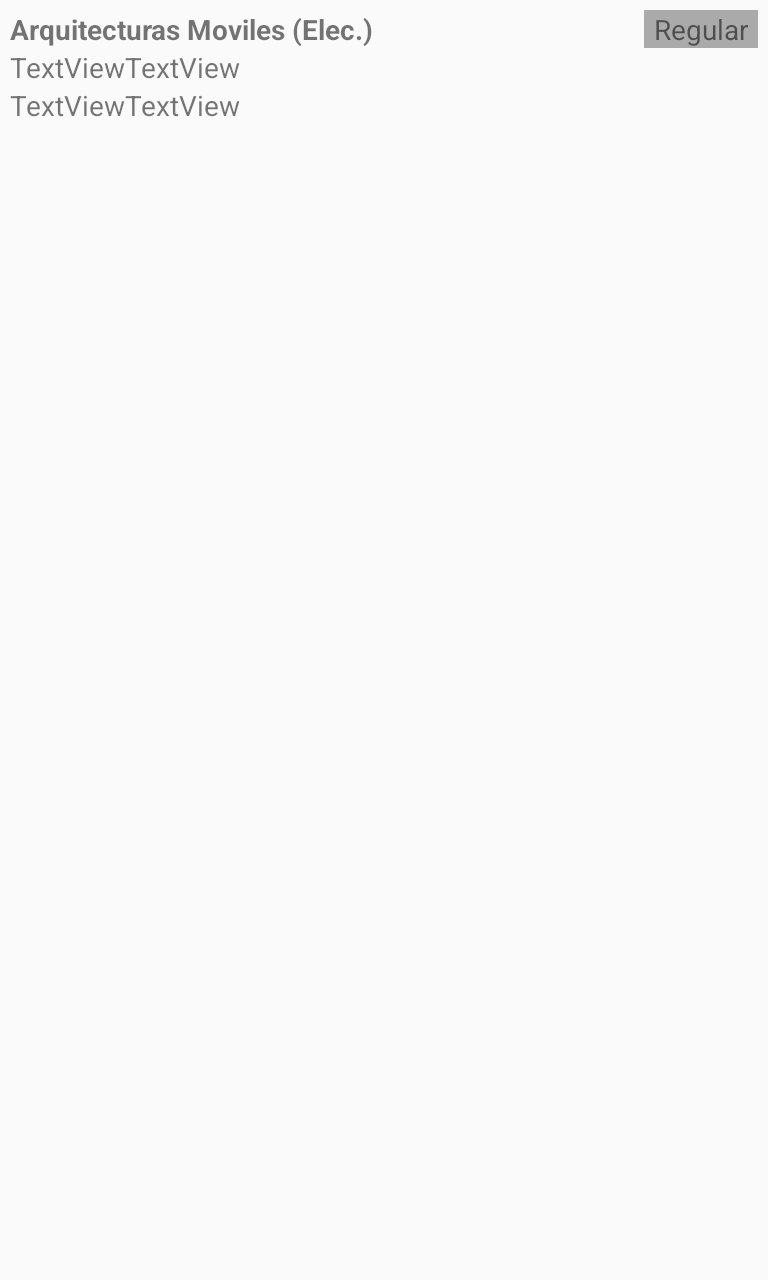
Repository: juanpablobono/Sysacadalumnos
Layout: Sysacad/res/layout/lst_cursado_item.xml
The author's editor kept a copy of each file at every save. The layout is drawn from the files as they stood at one save, then again after the next save.
It is drawn on a 768 x 1280 px phone screen (xhdpi) without system bars, with theme temaSysacad; the app's code is not run.

Above is the layout before, as saved 2014-07-07 12:42:26.

After the next save:
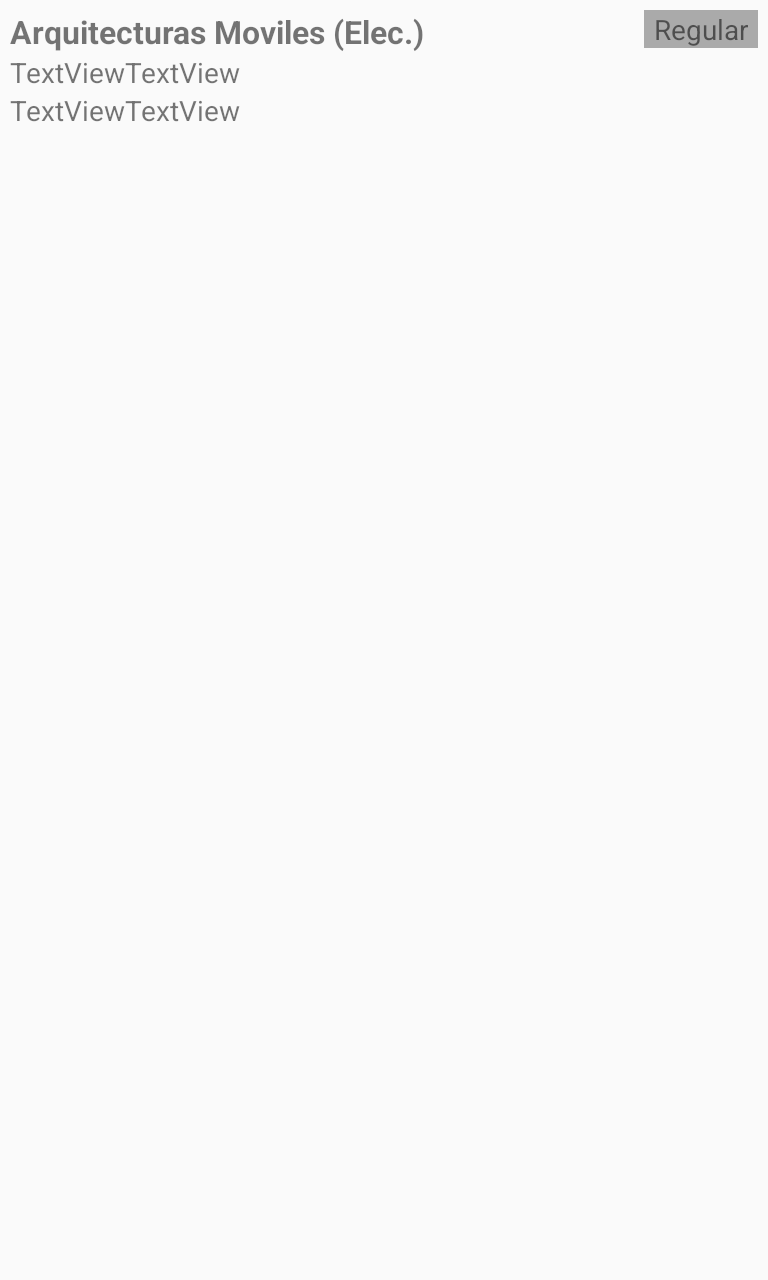
Saved 13 s later.
--- a/Sysacad/res/layout/lst_cursado_item.xml
+++ b/Sysacad/res/layout/lst_cursado_item.xml
@@ -13,7 +13,7 @@
         android:text="Arquitecturas Moviles (Elec.)"
         android:layout_toLeftOf="@+id/lblCondicion"
         android:layout_marginRight="5dp"
-        android:textSize="14sp"
+        android:textSize="16sp"
         android:textStyle="bold"
         android:maxLines="1"/>
 
